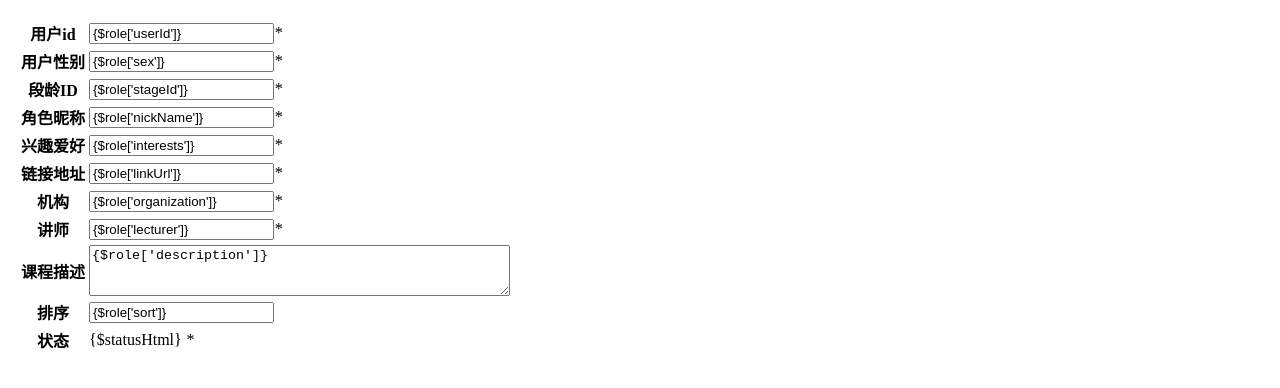
Repository: pridewu/hipi
Page: Education_dev_platform/branches/v1/Application/System/View/v1/Role/edit.html
The author's editor kept a copy of each file at every save. The page is drawn from the files as they stood at one save, then again after the next save.
The browser window is 1280 px wide. The pictures show the whole page.

Above is the page before, as saved 2014-12-05 11:28:21.

After the next save:
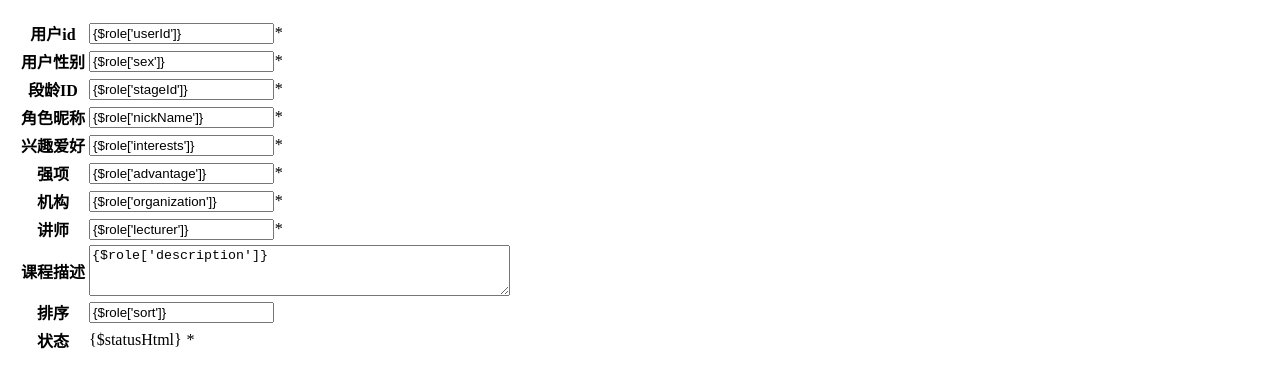
Saved 112 s later.
--- a/Education_dev_platform/branches/v1/Application/System/View/v1/Role/edit.html
+++ b/Education_dev_platform/branches/v1/Application/System/View/v1/Role/edit.html
@@ -33,9 +33,9 @@
 
 
 	<tr>
-		<th>链接地址</th>
+		<th>强项</th>
 		<td>
-			<input type="text" id="linkUrl" name="linkUrl" value="{$role['linkUrl']}"/><em>*</em>
+			<input type="text" id="advantage" name="advantage" value="{$role['advantage']}"/><em>*</em>
 		</td>
 	</tr>
 	<tr>
